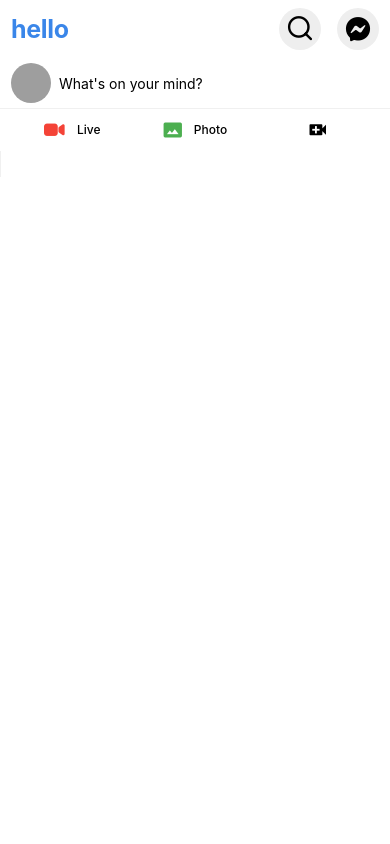
Repository: arafat877/React-Native-Facebook-Clone
Screen: /
These files come from the project's save history. The screen is drawn as it stood at one moment and after the next save; the edit follows.
Pictures or frames that could not be fetched are drawn as grey boxes. The app was drawn by React Native's web renderer in a window 390 px wide. The project was rebuilt for these pictures with package versions that can differ from the ones it lists, and the page was loaded fresh each time.

Above is the screen before, as saved 2020-10-03 21:29:11.

### App.js
import React from "react";
import { ScrollView, StyleSheet, StatusBar } from "react-native";
import styled from "styled-components/native";
import AppBar from "./components/AppBar";
import ToolBar from "./components/ToolBar";

const Container = styled.SafeAreaView`
  flex: 1;
`;

export default function App() {
  return (
    <>
      <StatusBar backgroundColor="#FFFFFF" barStyle="dark-content" />
      <Container>
        <ScrollView>
          <AppBar />
          <ToolBar />
        </ScrollView>
      </Container>
    </>
  );
}

const styles = StyleSheet.create({
  container: {
    flex: 1,
    backgroundColor: "#fff",
    alignItems: "center",
    justifyContent: "center",
  },
});

### components/AppBar.js
import React from "react";
import { ScrollView, StyleSheet, View } from "react-native";
import styled from "styled-components/native";
import { Feather, MaterialCommunityIcons } from "@expo/vector-icons";

const Container = styled.View`
  width: 100%;
  height: 58px;
  padding: 0 11px;
  align-items: center;
  flex-direction: row;
  justify-content: space-between;
`;

const Row = styled.View`
  flex-direction: row;
`;

const Button = styled.TouchableOpacity`
  width: 42px;
  height: 42px;
  border-radius: 21px;
  background: #eeeeee;
  align-items: center;
  justify-content: center;
  margin-left: 16px;
`;

const Text = styled.Text`
  color: #3a86e9;
  font-size: 25px;
  font-weight: bold;
  letter-spacing: -0.3px;
`;

const AppBar = () => {
  return (
    <Container>
      <Text>hello</Text>
      <Row>
        <Button>
          <Feather name="search" size={29} color="black" />
        </Button>
        <Button>
          <MaterialCommunityIcons name="facebook-messenger" size={29} color="black" />
        </Button>
      </Row>
    </Container>
  );
};

export default AppBar;

### components/ToolBar.js
import React from "react";
import styled from "styled-components/native";
import Avatar from "./Avatar";
import {
  Ionicons,
  MaterialIcons,
  MaterialCommunityIcons,
} from "@expo/vector-icons";

const Container = styled.View`
  width: 100%;
  height: 92px;
`;

const Row = styled.View`
  flex-direction: row;
  background: #ffffff;
  width: 100%;
  padding: 0 11px;
  align-items: center;
`;

const Input = styled.TextInput`
  height: 50px;
  width: 100%;
  padding: 0 8px;
`;

const Divider = styled.View`
  width: 100%;
  height: 0.5px;
  background: #f0f0f0;
`;

const Menu = styled.View`
  flex: 1;
  flex-direction: row;
  align-items: center;
  justify-content: center;
  height: 42px;
`;

const MenuText = styled.Text`
  padding-left: 11px;
  font-weight: 500;
  font-size: 12px;
`;

const Seperator = styled.View`
  width: 1px;
  height: 26px;
  background: #f0f0f0;
`;

const ToolBar = () => {
  return (
    <Container>
      <Row>
        <Avatar source={require("../assets/user1.jpeg")} />
        <Input placeholder="What's on your mind?" />
      </Row>
      <Divider />
      <Row>
        <Menu>
          <Ionicons name="ios-videocam" size={22} color="#F44337" />
          <MenuText>Live</MenuText>
        </Menu>
        <Menu>
          <MaterialIcons
            name="photo-size-select-actual"
            size={20}
            color="#4CAF50"
          />
          <MenuText>Photo</MenuText>
        </Menu>
        <Menu>
          <MaterialCommunityIcons name="video-plus" size={22} color="E141FC" />
        </Menu>
      </Row>
      <Seperator />
    </Container>
  );
};

export default ToolBar;

### components/Avatar.js
import React from "react";
import styled from "styled-components/native";

const Container = styled.View`
  width: 40px;
  height: 40px;
  position: relative;
`;

const User = styled.Image`
  width: 40px;
  height: 40px;
  border-radius: 20px;
`;
const Avatar = ({ source }) => {
  return (
    <Container>
      <User source={source} />
    </Container>
  );
};

export default Avatar;

After the next save:
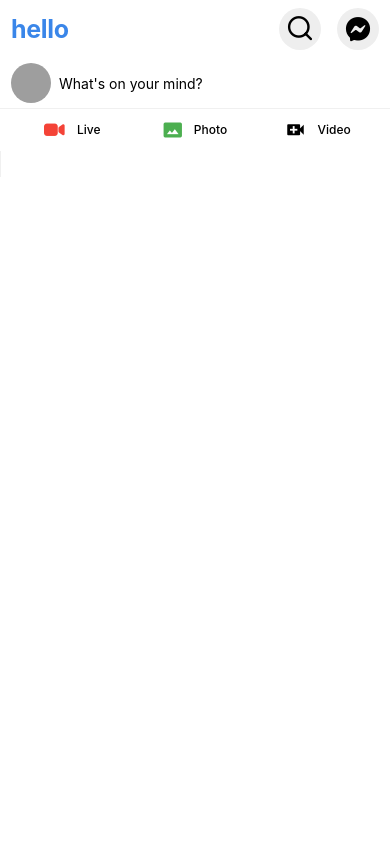
Saved 12 s later.
--- a/components/ToolBar.js
+++ b/components/ToolBar.js
@@ -75,6 +75,7 @@
         </Menu>
         <Menu>
           <MaterialCommunityIcons name="video-plus" size={22} color="E141FC" />
+          <MenuText>Video</MenuText>
         </Menu>
       </Row>
       <Seperator />
